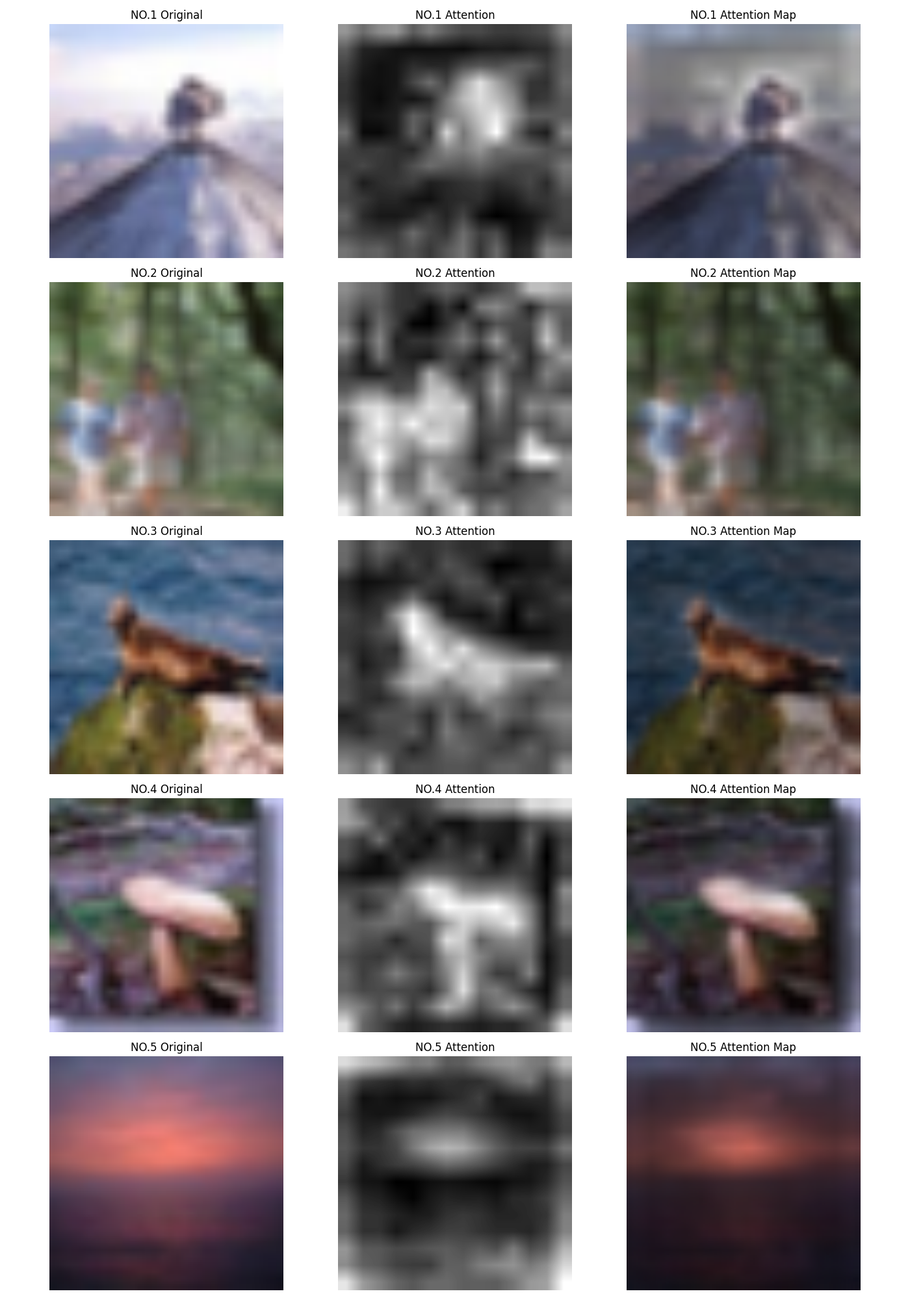
Repository: ginnux/vit
Script's output: python figure/visual.py
The author's editor kept a copy of each file at every save. The script's output is drawn from the files as they stood at one save, then again after the next save.
The pictures are shown at 65% of full size.
Random numbers start from a fixed seed. It also reads figure/visualize.pkl.

Above is the script's output before, as saved 2024-06-24 22:36:12.

### figure/visual.py
import pickle
import numpy as np
import matplotlib.pyplot as plt

# Load data
with open("figure/visualize.pkl", "rb") as f:
    data = pickle.load(f)

# Plot
im_list, mask_list, result_list = data

plt.rcParams["font.size"] = 10
plt.rcParams["font.family"] = "Times New Roman"
num = len(im_list)

plt.figure(figsize=(14, 4 * num))

for i in range(num):
    im = im_list[i]
    mask = mask_list[i]
    result = result_list[i]

    plt.subplot(num, 3, 3 * i + 1)
    plt.axis("off")
    plt.title(f"NO.{i+1} Original")
    plt.imshow(im)

    plt.subplot(num, 3, 3 * i + 2)
    plt.axis("off")
    plt.title(f"NO.{i+1} Attention")
    plt.imshow(mask, cmap="gray")

    plt.subplot(num, 3, 3 * i + 3)
    plt.axis("off")
    plt.title(f"NO.{i+1} Attention Map")
    plt.imshow(result)

plt.tight_layout()
plt.show()

After the next save:
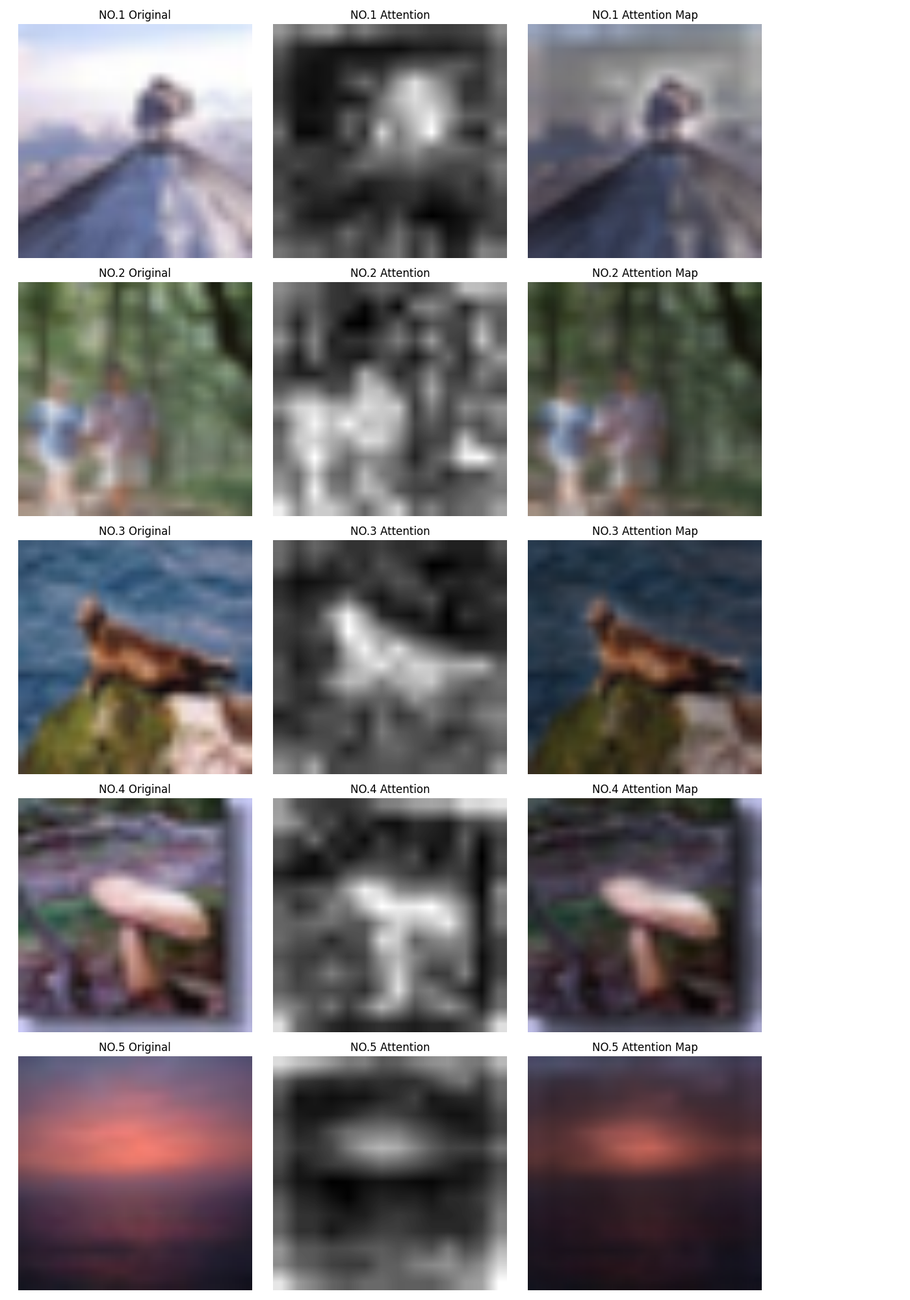
Saved 10 s later.
--- a/figure/visual.py
+++ b/figure/visual.py
@@ -13,7 +13,7 @@ plt.rcParams["font.size"] = 10
 plt.rcParams["font.family"] = "Times New Roman"
 num = len(im_list)
 
-plt.figure(figsize=(14, 4 * num))
+plt.figure(figsize=(12, 4 * num))
 
 for i in range(num):
     im = im_list[i]
